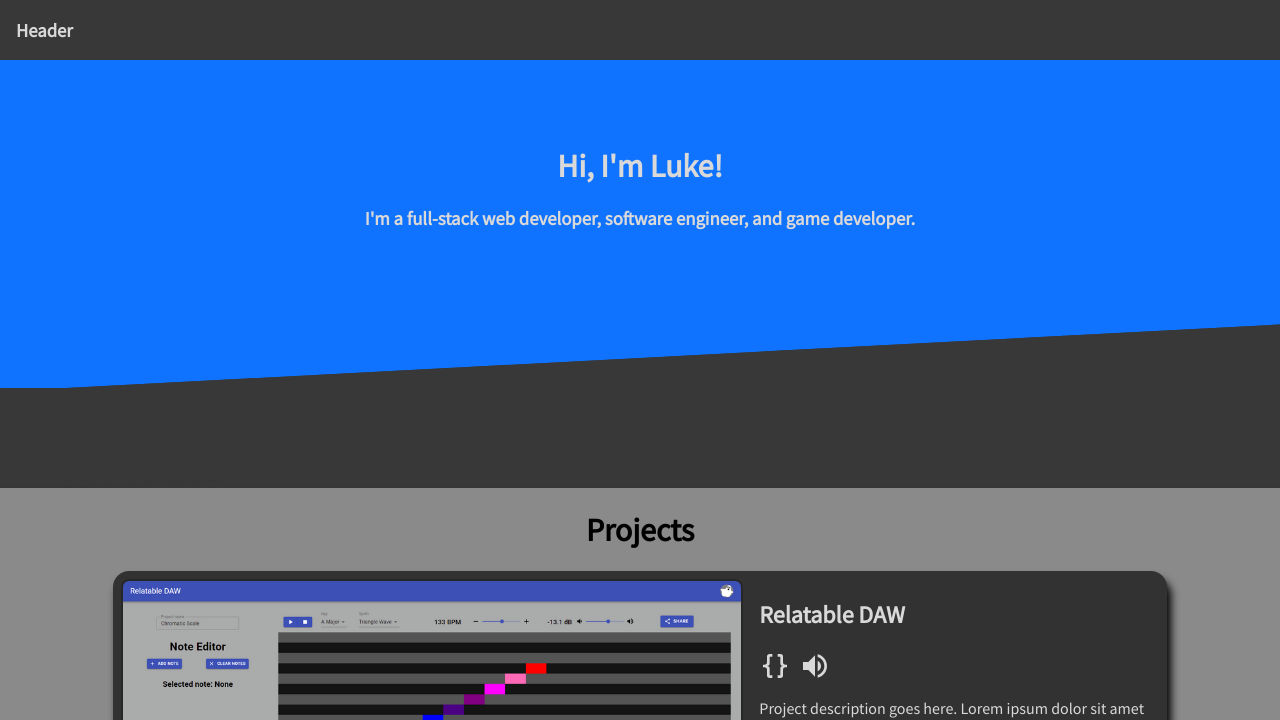
Repository: lbodwell/Personal-Website
Page: index.html
These files come from the project's save history. The page is drawn as it stood at one moment and after a run of saves; the edit follows.
The browser window is 1280 px wide. The pictures show the whole page.
An inner scrolling area shows only its first screen.

Above is the page before, as saved 2022-04-04 04:40:03.

### index.html
<!DOCTYPE html>
<html lang="en">
    <head>
        <meta charset="UTF-8">
        <meta http-equiv="X-UA-Compatible" content="IE=edge">
        <meta name="viewport" content="width=device-width, initial-scale=1.0">
        <title>Luke Bodwell</title>
        <script type="text/javascript" src="script.js" defer></script>
        <link rel="stylesheet" href="styles.css">
    </head>
    <body>
        <header>
            <h3>Header</h3>
        </header>
        <content>
            <div class="intro">
                <h1>Hi, I'm Luke!</h1>
                <h3>I'm a full-stack web developer, software engineer, and game developer.</h3>
            </div>

            <div class="projects-container">
                <h1>Projects</h1>
                <div class="projects">
                    <div class="project project-img-left">
                        <div class="project-image">
                            <img src="images/relatable-daw.png"></img>
                        </div>
                        <div class="project-info">
                            <div class="project-title">
                                <h2>Relatable DAW</h2>
                                <div class="project-types">
                                    <!-- Code icon -->
                                    <svg style="width:32px;height:32px" viewBox="0 0 24 24">
                                        <path fill="currentColor" d="M8,3A2,2 0 0,0 6,5V9A2,2 0 0,1 4,11H3V13H4A2,2 0 0,1 6,15V19A2,2 0 0,0 8,21H10V19H8V14A2,2 0 0,0 6,12A2,2 0 0,0 8,10V5H10V3M16,3A2,2 0 0,1 18,5V9A2,2 0 0,0 20,11H21V13H20A2,2 0 0,0 18,15V19A2,2 0 0,1 16,21H14V19H16V14A2,2 0 0,1 18,12A2,2 0 0,1 16,10V5H14V3H16Z" />
                                    </svg>
                                    <!-- Audio icon -->
                                    <svg style="width:32px;height:32px" viewBox="0 0 24 24">
                                        <path fill="currentColor" d="M14,3.23V5.29C16.89,6.15 19,8.83 19,12C19,15.17 16.89,17.84 14,18.7V20.77C18,19.86 21,16.28 21,12C21,7.72 18,4.14 14,3.23M16.5,12C16.5,10.23 15.5,8.71 14,7.97V16C15.5,15.29 16.5,13.76 16.5,12M3,9V15H7L12,20V4L7,9H3Z" />
                                    </svg>
                                </div>
                            </div>
                            <p>Project description goes here. Lorem ipsum dolor sit amet consectetur adipisicing elit. Maxime mollitia,
                                molestiae quas vel sint commodi repudiandae consequuntur voluptatum laborum
                                numquam blanditiis harum quisquam eius sed odit fugiat iusto fuga praesentium
                                optio, eaque rerum! Provident similique accusantium nemo autem.</p>
                            <div class="project-links">
                                <a class="btn" id="btn-demo-proj1" href="https://relatable-daw.com" target="_blank">Live Demo</a>
                                <a class="btn" id="btn-video-proj1" href="https://drive.google.com/file/d/1R21yoplPYTj6aw2hVH3COGZ260A-Z0TO/view" target="_blank">Video</a>
                                <a class="btn" id="btn-code-proj1" href="https://github.com/lbodwell/Relatable-DAW" target="_blank">Code</a>
                            </div>
                        </div>
                    </div>
                    <div class="project project-img-right">
                        <div class="project-info">
                            <div class="project-title">
                                <h2>GeoBlade</h2>
                                <div class="project-types">
                                    <!-- Code icon -->
                                    <svg style="width:32px;height:32px" viewBox="0 0 24 24">
                                        <path fill="currentColor" d="M8,3A2,2 0 0,0 6,5V9A2,2 0 0,1 4,11H3V13H4A2,2 0 0,1 6,15V19A2,2 0 0,0 8,21H10V19H8V14A2,2 0 0,0 6,12A2,2 0 0,0 8,10V5H10V3M16,3A2,2 0 0,1 18,5V9A2,2 0 0,0 20,11H21V13H20A2,2 0 0,0 18,15V19A2,2 0 0,1 16,21H14V19H16V14A2,2 0 0,1 18,12A2,2 0 0,1 16,10V5H14V3H16Z" />
                                    </svg>
                                    <!-- Game icon -->
                                    <svg style="width:32px;height:32px" viewBox="0 0 24 24">
                                        <path fill="currentColor" d="M7.97,16L5,19C4.67,19.3 4.23,19.5 3.75,19.5A1.75,1.75 0 0,1 2,17.75V17.5L3,10.12C3.21,7.81 5.14,6 7.5,6H16.5C18.86,6 20.79,7.81 21,10.12L22,17.5V17.75A1.75,1.75 0 0,1 20.25,19.5C19.77,19.5 19.33,19.3 19,19L16.03,16H7.97M7,8V10H5V11H7V13H8V11H10V10H8V8H7M16.5,8A0.75,0.75 0 0,0 15.75,8.75A0.75,0.75 0 0,0 16.5,9.5A0.75,0.75 0 0,0 17.25,8.75A0.75,0.75 0 0,0 16.5,8M14.75,9.75A0.75,0.75 0 0,0 14,10.5A0.75,0.75 0 0,0 14.75,11.25A0.75,0.75 0 0,0 15.5,10.5A0.75,0.75 0 0,0 14.75,9.75M18.25,9.75A0.75,0.75 0 0,0 17.5,10.5A0.75,0.75 0 0,0 18.25,11.25A0.75,0.75 0 0,0 19,10.5A0.75,0.75 0 0,0 18.25,9.75M16.5,11.5A0.75,0.75 0 0,0 15.75,12.25A0.75,0.75 0 0,0 16.5,13A0.75,0.75 0 0,0 17.25,12.25A0.75,0.75 0 0,0 16.5,11.5Z" />
                                    </svg>
                                    <!-- Audio icon -->
                                    <svg style="width:32px;height:32px" viewBox="0 0 24 24">
                                        <path fill="currentColor" d="M14,3.23V5.29C16.89,6.15 19,8.83 19,12C19,15.17 16.89,17.84 14,18.7V20.77C18,19.86 21,16.28 21,12C21,7.72 18,4.14 14,3.23M16.5,12C16.5,10.23 15.5,8.71 14,7.97V16C15.5,15.29 16.5,13.76 16.5,12M3,9V15H7L12,20V4L7,9H3Z" />
                                    </svg>
                                </div>
                            </div>
                            <p>Project description goes here. Lorem ipsum dolor sit amet consectetur adipisicing elit. Maxime mollitia,
                                molestiae quas vel sint commodi repudiandae consequuntur voluptatum laborum
                                numquam blanditiis harum quisquam eius sed odit fugiat iusto fuga praesentium
                                optio, eaque rerum! Provident similique accusantium nemo autem.</h>
                            <div class="project-links">
                                <a class="btn" id="btn-download-proj2">Download</a>
                                <a class="btn" id="btn-video-proj2">Video</a>
                                <a class="btn" id="btn-code-proj2">Code</a>
                            </div>
                        </div>
                        <div class="project-image">
                            <img src="images/relatable-daw.png"></img>
                        </div>
                    </div>
                    <div class="project project-img-left">
                        <div class="project-image">
                            <img src="images/relatable-daw.png"></img>
                        </div>
                        <div class="project-info">
                            <div class="project-title">
                                <h2>Example project 3</h2>
                                <div class="project-types">
                                    <!-- Code icon -->
                                    <svg style="width:32px;height:32px" viewBox="0 0 24 24">
                                        <path fill="currentColor" d="M8,3A2,2 0 0,0 6,5V9A2,2 0 0,1 4,11H3V13H4A2,2 0 0,1 6,15V19A2,2 0 0,0 8,21H10V19H8V14A2,2 0 0,0 6,12A2,2 0 0,0 8,10V5H10V3M16,3A2,2 0 0,1 18,5V9A2,2 0 0,0 20,11H21V13H20A2,2 0 0,0 18,15V19A2,2 0 0,1 16,21H14V19H16V14A2,2 0 0,1 18,12A2,2 0 0,1 16,10V5H14V3H16Z" />
                                    </svg>
                                </div>
                            </div>
                            <p>Project description goes here. Lorem ipsum dolor sit amet consectetur adipisicing elit. Maxime mollitia,
                                molestiae quas vel sint commodi repudiandae consequuntur voluptatum laborum
                                numquam blanditiis harum quisquam eius sed odit fugiat iusto fuga praesentium
                                optio, eaque rerum! Provident similique accusantium nemo autem.</h>
                            <div class="project-links">
                                <a class="btn" id="btn-demo-proj3">Live Demo</a>
                                <a class="btn" id="btn-video-proj3">Video</a>
                                <a class="btn" id="btn-code-proj3">Code</a>
                            </div>
                        </div>
                    </div>
                </div>
            </div>
            <div class="skills">
                <h1>Skills</h1>
                <div class="skills">
                </div>
            </div>
        </content>
        <footer>
            <h3>Footer</h5>
        </footer>
    </body>
</html>

### styles.css
@import url("https://fonts.googleapis.com/css2?family=Source+Sans+Pro&display=swap");

html {
    font-family: "Source Sans Pro", sans-serif;
    background-color: #383838;
}

html, body {
    width: 100%;
    height: 100%;
    margin: 0;
    max-width: 100%;
    overflow-x: hidden;
}

h2, h3, h4, h5, h6, p, svg {
    color: rgb(217, 217, 217);
}

header {
    margin-left: 1rem;
}

content {
    display: flex;
    flex-direction: column;
    align-items: center;
}

.intro {
    color: rgb(217, 217, 217);
    position: relative;
    text-align: center;
    background-color: #0f73ff;
    padding: 4rem;
    width: 100%;
    height: 200px;
    margin-bottom: 100px;
}

.intro::before, .intro::after {
    content: "";
    position: absolute;
    height: 100px;
    bottom: -70px;
    right: 0;
    left: 0;
    background: #383838;
    transform: skewY(-3deg);
}

.projects-container {
    text-align: center;
    background-color: rgb(138, 138, 138);
    padding: 0 64rem 2rem 64rem;
    filter: drop-shadow(4px 8px 4px black);
}

.projects {
    display: grid;
    grid-template-columns: 1fr;
}

.project {
    display: flex;
    gap: 16px;
    width: auto;
    height: 300px;
    margin-bottom: 1rem;
    padding: 0.5rem;
    background-color: #323232;
    border-radius: 16px;
    filter: drop-shadow(4px 8px 4px black);
}

.project-info {
    display: flex;
    flex-direction: column;
    width: 400px;
    border:
}

.project-img-left > .project-info {
    align-items: flex-start;
    text-align: left;
}

.project-img-right > .project-info {
    align-items: flex-end;
    text-align: right;
}

.project-title {
    display: flex;
    flex-direction: column;
}

.project-types {
    display: flex;
    flex-direction: row;
    gap: 8px;
}

.project-img-left .project-types {
    justify-content: flex-start;
}

.project-img-right .project-types {
    justify-content: flex-end;
}

.project-links {
    display: flex;
    flex-direction: row;
    gap: 4px;
}

.btn {
    font-weight: bolder;
    background-color: #0f73ff;
    color: rgb(217, 217, 217);
    border-radius: 8px;
    filter: drop-shadow(2px 4px 2px black);
    padding: 0.25rem 1rem;
    border: none;
    text-decoration: none;
}

.btn:hover {
    background-color: #0c4eac;
    cursor: pointer;
}

.project img {
    width: auto;
    height: 100%;
    border: 2px solid #272727;
    border-radius: 8px;
}

footer {
    margin: 1rem;
}

Loaded but not shown: script.js (common file)

After the next 2 saves:
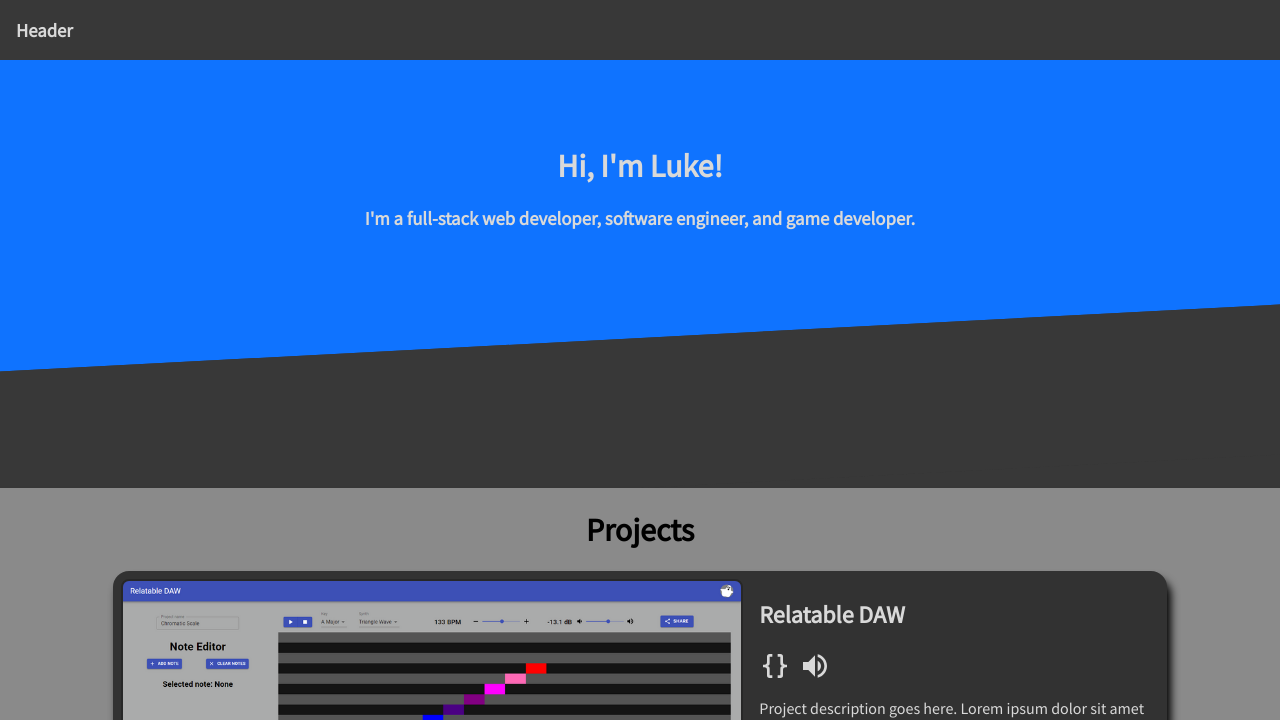
The 2 saves are shown as one change because they came seconds apart.
The last was saved 8 s later.
--- a/styles.css
+++ b/styles.css
@@ -41,8 +41,8 @@ content {
 .intro::before, .intro::after {
     content: "";
     position: absolute;
-    height: 100px;
-    bottom: -70px;
+    height: 150px;
+    bottom: -100px;
     right: 0;
     left: 0;
     background: #383838;
